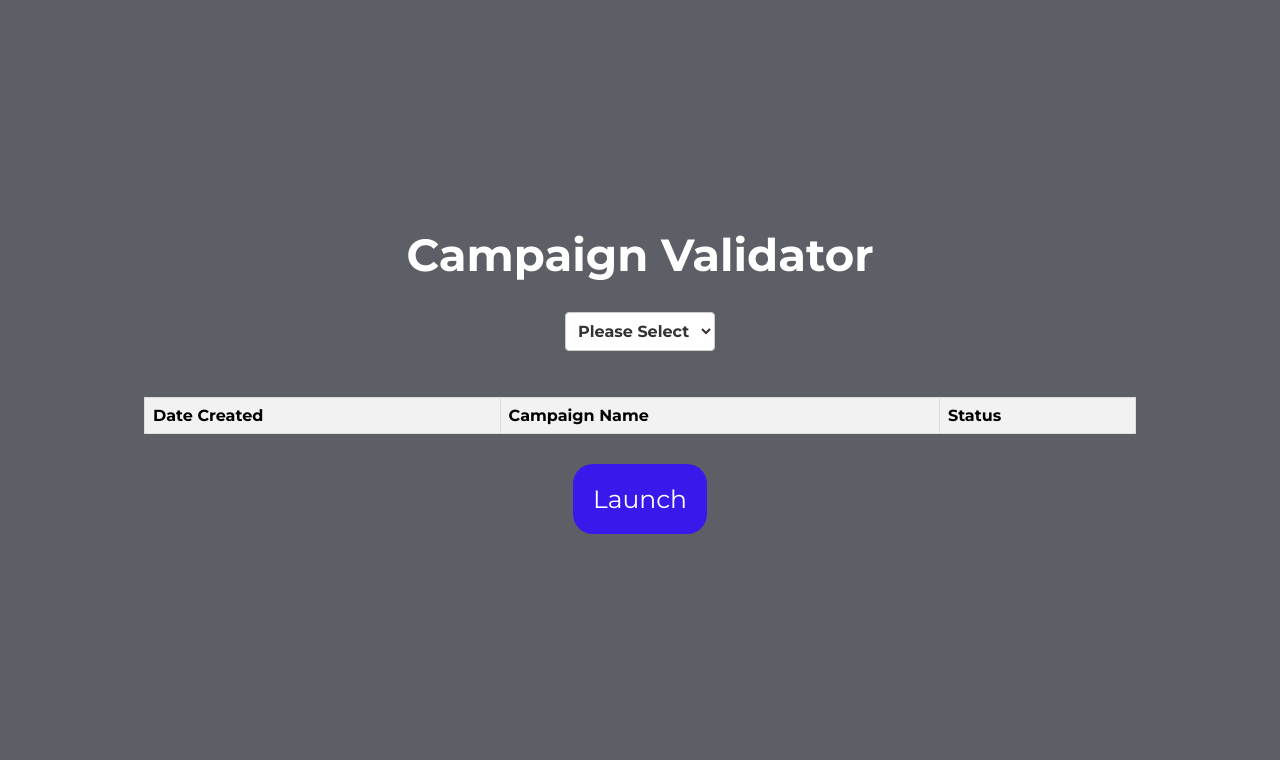
Repository: AbApin/project
Page: / (app in frontend/)
An editor plug-in stored every save of this project. The page is shown before and after the next save, followed by the edit.
The browser window is 1280 px wide. The pictures show the whole page.
The page's requests for data from a server got no answer. The project was rebuilt for these pictures with package versions that can differ from the ones it lists, and the page was loaded fresh each time. No one was signed in, and anything a server would have sent is missing. Also part of the build but not shown: frontend/vue.config.js.

Above is the page before, as saved 2023-02-22 11:54:40.

After the next save:
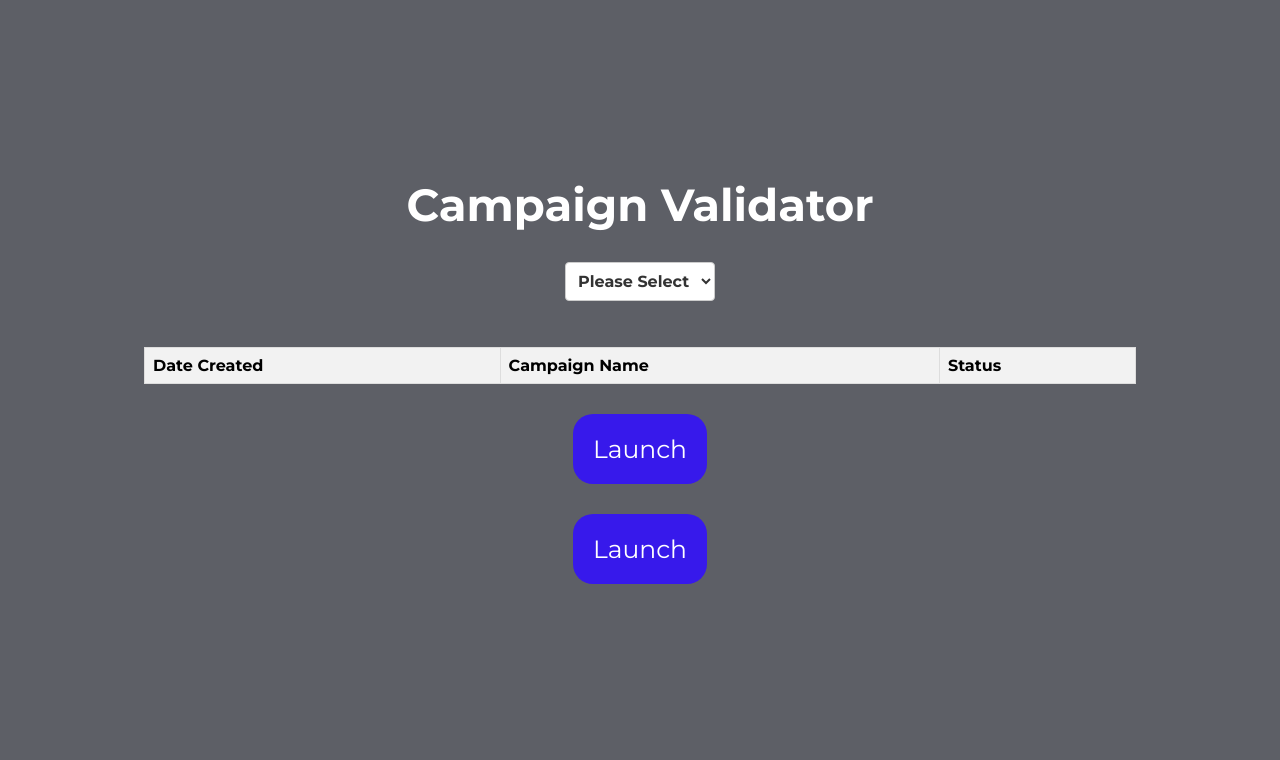
Saved 24 s later.
--- a/frontend/src/App.vue
+++ b/frontend/src/App.vue
@@ -20,6 +20,7 @@
         </tr>
       </tbody>
     </table>
+    <button class="launchBtn" @click="createTest">launch</button>
     <button class="launchBtn" @click="createTest">launch</button>
   </div>
 </template>
